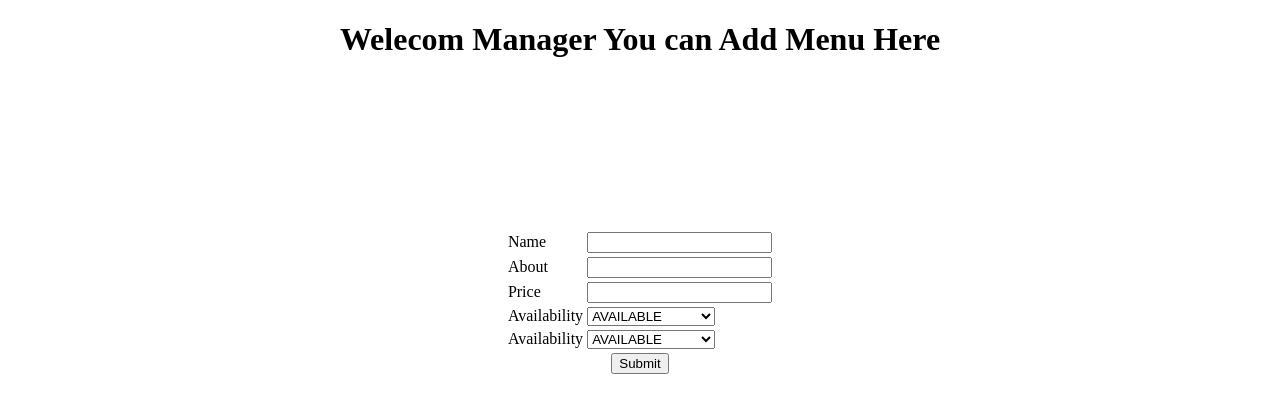
Repository: Jeevith-U/Advance-Java
Page: http://localhost/Food_App/branch.jsp
These files come from the project's save history. The page is drawn as it stood at one moment and after the next save; the edit follows.
The browser window is 1280 px wide. The pictures show the whole page.
The page is served by Tomcat 9. Other server files are loaded and not shown.

Above is the page before, as saved 2023-08-23 06:20:05.

### Projects/Food_App/src/main/webapp/branch.jsp
<%@ page language="java" contentType="text/html; charset=ISO-8859-1"
	pageEncoding="ISO-8859-1"%>
<!DOCTYPE html>
<head>
<meta charset="UTF-8">
<meta name="viewport" content="width=device-width, initial-scale=1.0">
<title>Branch</title>
<style>
table {
	width: 25%;
	margin: auto;
	margin-top: 5px;
	display: flex;
	flex-direction: column;
	align-items: center;
	justify-content: space-around;
}
</style>
</head>
<body>

	<h1 align="center">Welecom Manager You can Add Menu Here</h1>
	<form action="saveMenu" method="post">

		<table>
			<div class="data">
				<tr>
					<td><label for="name">Name</label></td>
					<td><input type="text" id="name" name="name"></td>
				</tr>
				<br> <br>
				<tr>
					<td><label for="about">About</label></td>
					<td><input type="text" id="about" name="about"></td>
				</tr>
				<tr>
					<td><label for="price">Price</label></td>
					<td><input type="number" id="price" name="price"></td>
				</tr>
				<br> <br>
				<tr>
					<td><label for="ava">Availability</label>
					<td><select id="ava" name="ava">
							<option value="AVAILABLE">AVAILABLE</option>
							<option value="NOT_AVAILABLE">NOT_AVAILABLE</option>
					</select></td>
				</tr>
				</tr>
				<br> <br>
				<tr>
					<td><label for="ava">Availability</label>
					<td><select id="ava" name="ava">
							<option value="AVAILABLE">AVAILABLE</option>
							<option value="NOT_AVAILABLE">NOT_AVAILABLE</option>
					</select></td>
				</tr>
				<br> <br>
				<tr>
					<td colspan="2" align="center"><input type="submit"
						value="Submit"></td>
				</tr>
			</div>
		</table>
	</form>
</body>
</html>

After the next save:
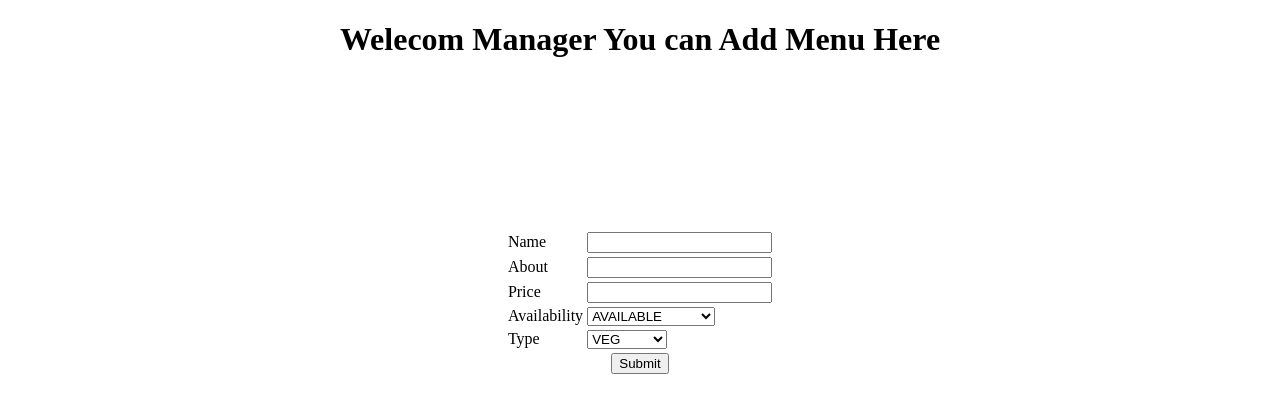
Saved 2 min 6 s later.
--- a/Projects/Food_App/src/main/webapp/branch.jsp
+++ b/Projects/Food_App/src/main/webapp/branch.jsp
@@ -48,10 +48,11 @@ table {
 				</tr>
 				<br> <br>
 				<tr>
-					<td><label for="ava">Availability</label>
-					<td><select id="ava" name="ava">
-							<option value="AVAILABLE">AVAILABLE</option>
-							<option value="NOT_AVAILABLE">NOT_AVAILABLE</option>
+					<td><label for="type">Type</label>
+					<td><select id="type" name="type">
+							<option value="VEG">VEG</option>
+							<option value="VEGAN">VEGAN</option>
+							<option value="NONVEG">NONVEG</option>
 					</select></td>
 				</tr>
 				<br> <br>
